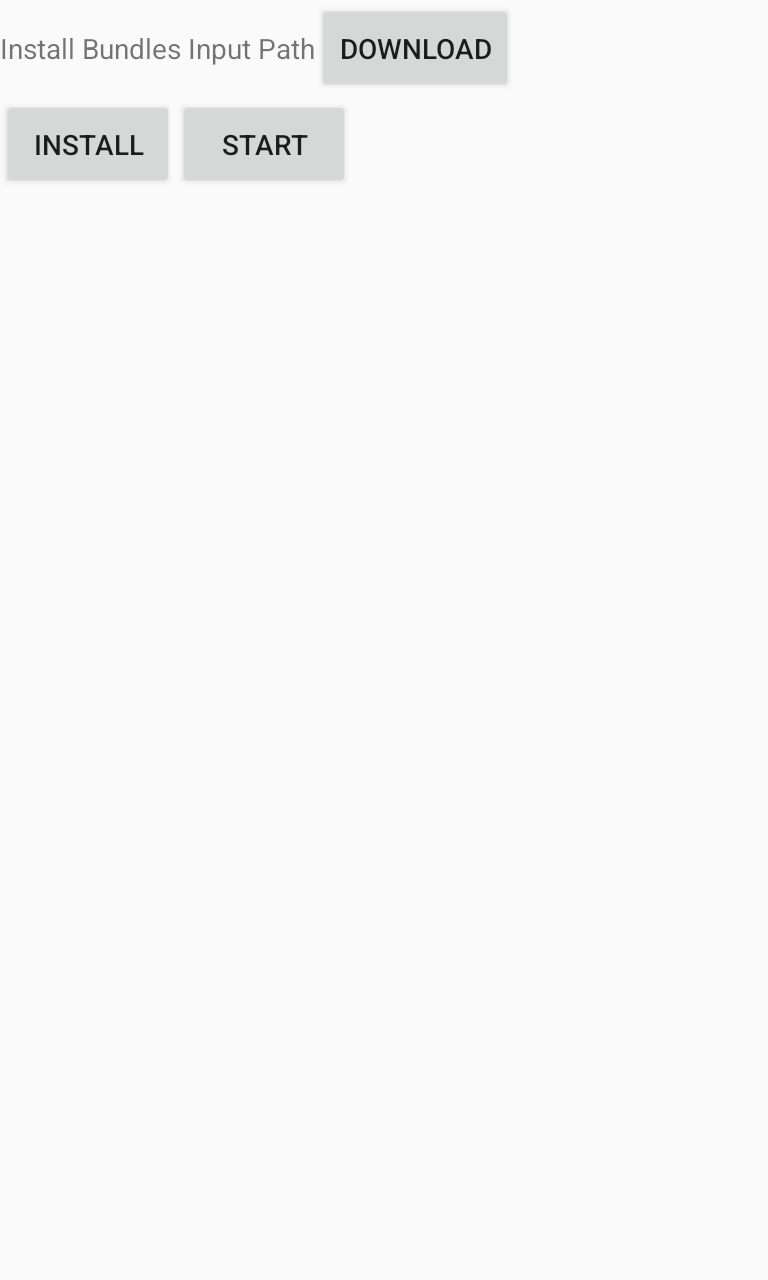
Repository: theodosiac/gyroscope_Rest_Android
Layout: HelloFelix/res/layout/activity_main.xml
An editor plug-in stored every save of this project. The layout is shown before and after the next save, followed by the edit.
It is drawn on a 768 x 1280 px phone screen (xhdpi) without system bars, with theme AppTheme; the app's code is not run.

Above is the layout before, as saved 2015-03-25 18:57:47.

After the next save:
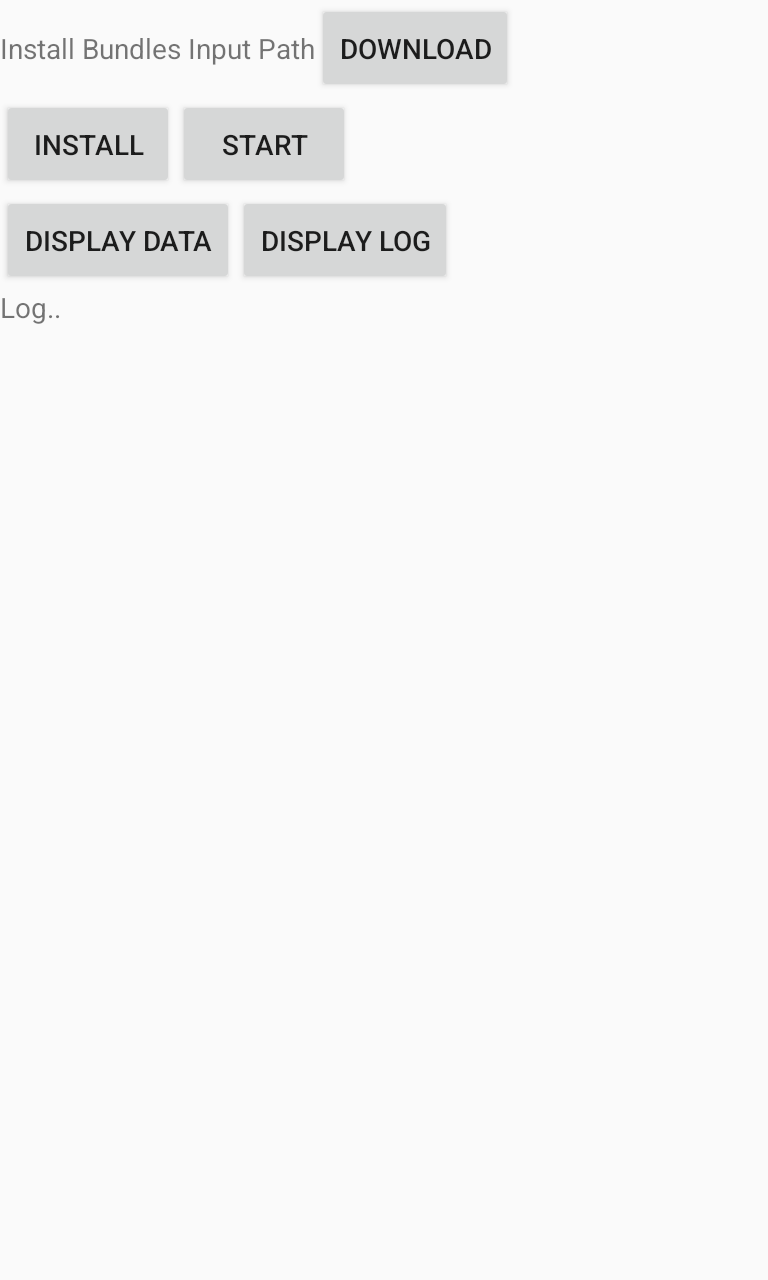
Saved 10 s later.
--- a/HelloFelix/res/layout/activity_main.xml
+++ b/HelloFelix/res/layout/activity_main.xml
@@ -21,7 +21,6 @@
 		        android:onClick="DownloadBundle"
 		        android:text="Download" />
 	    </LinearLayout>
-
 		<LinearLayout
 			    android:layout_width="match_parent"
 			    android:layout_height="wrap_content"
@@ -42,12 +41,7 @@
 		        android:text="Start" />
 	    </LinearLayout>
 
-		<LinearLayout
-			    android:layout_width="match_parent"
-			    android:layout_height="match_parent"
-			    android:orientation="horizontal">
 
-		</LinearLayout>
 
 		<LinearLayout
 			    android:layout_width="match_parent"
